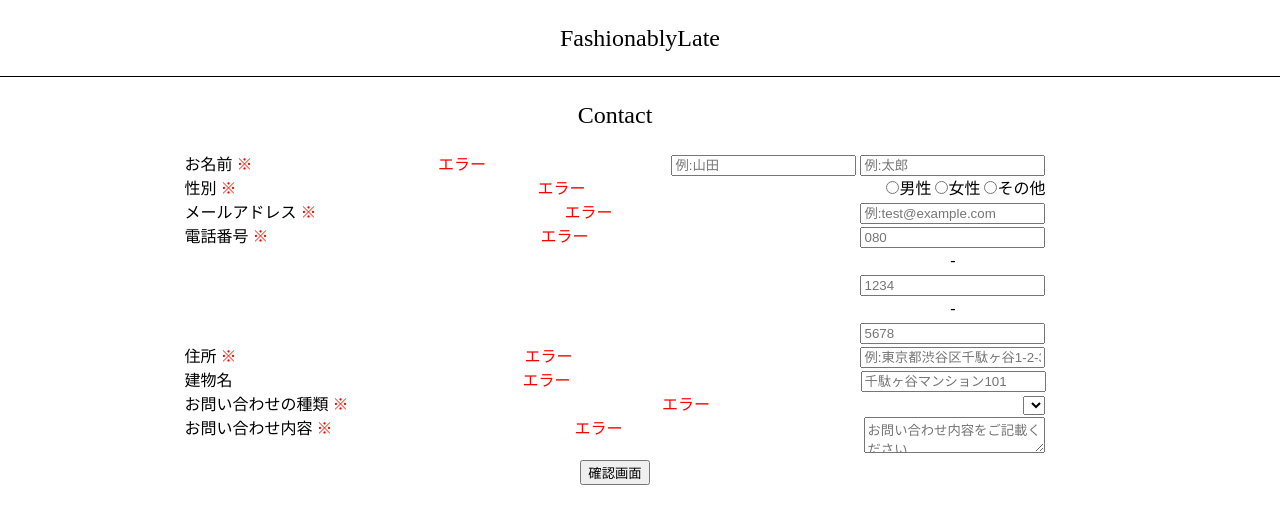
Repository: mayu-ya/test_form
Page: http://localhost/
An editor plug-in stored every save of this project. The page is shown before and after the next save, followed by the edit.
The browser window is 1280 px wide. The pictures show the whole page.
The page is served by the project's Laravel application, run on PHP 8.4 with Laravel 8. Other server files are loaded and not shown.

Above is the page before, as saved 2026-01-17 10:07:32.

### src/routes/web.php
<?php

use Illuminate\Support\Facades\Route;
use App\Http\Controllers\ContactController;

/*
|--------------------------------------------------------------------------
| Web Routes
|--------------------------------------------------------------------------
|
| Here is where you can register web routes for your application. These
| routes are loaded by the RouteServiceProvider within a group which
| contains the "web" middleware group. Now create something great!
|
*/

Route::get('/', [ContactController::class, 'index']);

### src/app/Http/Controllers/ContactController.php
<?php

namespace App\Http\Controllers;

use Illuminate\Http\Request;

class ContactController extends Controller
{
    public function index()
    {
        return view('index');
    }
}

### src/resources/views/index.blade.php
@extends('layouts.app')

@section('css')
<link rel="stylesheet" href="{{ asset('css/index.css') }}">
@endsection

@section('content')
<div class="content">
    <div class="title">
        <h2 class="title-h">Contact</h2>
    </div>

    <form class="form">
        <div class="form__group">
            <div class="form__group-item">
                <span class="form__item">お名前</span>
                <span class="form__required">※</span>
            </div>
            <div class="form__error">
                エラー
            </div>
            <div class="form__input">
                <input type="text" class="form__input-text" name="name" placeholder="例:山田">
                <input type="text" class="form__input-text" name="name" placeholder="例:太郎">
            </div>
        </div>

        <div class="form__group">
            <div class="form__group-item">
                <span class="form__item">性別</span>
                <span class="form__required">※</span>
            </div>
            <div class="form__error">
                エラー
            </div>
            <div class="form__input">
                <input type="radio" class="form__input-text" name="gender">男性
                <input type="radio" class="form__input-text" name="gender">女性
                <input type="radio" class="form__input-text" name="gender">その他
            </div>
        </div>

        <div class="form__group">
            <div class="form__group-item">
                <span class="form__item">メールアドレス</span>
                <span class="form__required">※</span>
            </div>
            <div class="form__error">
                エラー
            </div>
            <div class="form__input">
                <input type="emai" class="form__input-text" name="emai" placeholder="例:test@example.com">
            </div>
        </div>

        <div class="form__group">
            <div class="form__group-item">
                <span class="form__item">電話番号</span>
                <span class="form__required">※</span>
            </div>
            <div class="form__error">
                エラー
            </div>
            <div class="form__input">
                <input type="tel" class="form__input-text" name="tel" placeholder="080">
                <div class="form__input-tel">-</div>
                <input type="tel" class="form__input-text" name="tel" placeholder="1234">
                <div class="form__input-tel">-</div>
                <input type="tel" class="form__input-text" name="tel" placeholder="5678">
            </div>
        </div>

        <div class="form__group">
            <div class="form__group-ite">
                <span class="form__item">住所</span>
                <span class="form__required">※</span>
            </div>
            <div class="form__error">
                エラー
            </div>
            <div class="form__input">
                <input type="text" class="form__input-text" name="address" placeholder="例:東京都渋谷区千駄ヶ谷1-2-3">
            </div>
        </div>

        <div class="form__group">
            <div class="form__group-item">
                <span class="form__item">建物名</span>
            </div>
            <div class="form__error">
                エラー
            </div>
            <div class="form__input">
                <input type="text" class="form__input-text" name="building" placeholder="千駄ヶ谷マンション101">
            </div>
        </div>

        <div class="form__group">
            <div class="form__group-item">
                <span class="form__item">お問い合わせの種類</span>
                <span class="form__required">※</span>
            </div>
            <div class="form__error">
                エラー
            </div>
            <div class="form__select">
                <select name="content" class="form__select-item" placeholder="選択してください">
                    <option value=""></option>
                </select>
            </div>
        </div>

        <div class="form__group">
            <div class="form__group-item">
                <span class="form__item">お問い合わせ内容</span>
                <span class="form__required">※</span>
            </div>
            <div class="form__error">
                エラー
            </div>
            <div class="form__input">
                <textarea name="detail" class="form__input-textarea" placeholder="お問い合わせ内容をご記載ください"></textarea>
            </div>
        </div>

        <div class="form__group-button">
            <button class="form__group-button-submit" type="submit">確認画面</button>
        </div>
    </form>
</div>
@endsection

### src/resources/views/layouts/app.blade.php
<!DOCTYPE html>
<html lang="ja">
<head>
    <meta charset="UTF-8">
    <meta name="viewport" content="width=device-width, initial-scale=1.0">
    <title>FashionablyLate</title>
    <link rel="stylesheet" href="{{ asset('css/common.css') }}">
    <link rel="stylesheet" href="{{ asset('css/sanitize.css') }}">
    @yield('css')
</head>
<body>
    <header class="header">
        <div class="header-title">
            <div class="header-title__item">FashionablyLate</div>
        </div>
        @yield('header')
    </header>

    <main>
        @yield('content')
    </main>
</body>
</html>

### src/public/css/common.css
.header{
    border-bottom: 1px solid #000;
}

.header-title {
    margin: 0 auto;
    padding: 20px 15px;
    max-width: 1230px;
}

.header-title__item {
    font-size: 24px;
    text-align: center;
}

### src/public/css/sanitize.css
/* Document
* ========================================================================== */

/**
* Add border box sizing in all browsers (opinionated).
*/

*,
::before,
::after {
  box-sizing: border-box;
}

/**
* 1. Add text decoration inheritance in all browsers (opinionated).
* 2. Add vertical alignment inheritance in all browsers (opinionated).
*/

::before,
::after {
  vertical-align: inherit;
  /* 2 */
  text-decoration: inherit;
  /* 1 */
}

/**
* 1. Use the default cursor in all browsers (opinionated).
* 2. Change the line height in all browsers (opinionated).
* 3. Use a 4-space tab width in all browsers (opinionated).
* 4. Remove the grey highlight on links in iOS (opinionated).
* 5. Prevent adjustments of font size after orientation changes in
*    IE on Windows Phone and in iOS.
* 6. Breaks words to prevent overflow in all browsers (opinionated).
*/

html {
  word-break: break-word;
  /* 6 */
  -moz-tab-size: 4;
  /* 3 */
  tab-size: 4;
  /* 3 */
  line-height: 1.5;
  /* 2 */
  cursor: default;
  /* 1 */

  -webkit-tap-highlight-color: transparent
    /* 4 */
  ;
  -ms-text-size-adjust: 100%;
  /* 5 */
  -webkit-text-size-adjust: 100%;
  /* 5 */
}

/* Sections
* ========================================================================== */

/**
* Remove the margin in all browsers (opinionated).
*/

body {
  margin: 0;
}

/**
* Correct the font size and margin on `h1` elements within `section` and
* `article` contexts in Chrome, Edge, Firefox, and Safari.
*/

h1 {
  margin: 0.67em 0;
  font-size: 2em;
}

/* Grouping content
* ========================================================================== */

/**
* Remove the margin on nested lists in Chrome, Edge, IE, and Safari.
*/

dl dl,
dl ol,
dl ul,
ol dl,
ul dl {
  margin: 0;
}

/**
* Remove the margin on nested lists in Edge 18- and IE.
*/

ol ol,
ol ul,
ul ol,
ul ul {
  margin: 0;
}

/**
* 1. Add the correct sizing in Firefox.
* 2. Show the overflow in Edge 18- and IE.
*/

hr {
  overflow: visible;
  /* 2 */
  height: 0;
  /* 1 */
}

/**
* Add the correct display in IE.
*/

main {
  display: block;
}

/**
* Remove the list style on navigation lists in all browsers (opinionated).
*/

nav ol,
nav ul {
  padding: 0;
  list-style: none;
}

/**
* 1. Correct the inheritance and scaling of font size in all browsers.
* 2. Correct the odd `em` font sizing in all browsers.
*/

pre {
  font-size: 1em;
  /* 2 */
  font-family: monospace, monospace;
  /* 1 */
}

/* Text-level semantics
* ========================================================================== */

/**
* Remove the gray background on active links in IE 10.
*/

a {
  background-color: transparent;
}

/**
* Add the correct text decoration in Edge 18-, IE, and Safari.
*/

abbr[title] {
  text-decoration: underline;
  text-decoration: underline dotted;
}

/**
* Add the correct font weight in Chrome, Edge, and Safari.
*/

b,
strong {
  font-weight: bolder;
}

/**
* 1. Correct the inheritance and scaling of font size in all browsers.
* 2. Correct the odd `em` font sizing in all browsers.
*/

code,
kbd,
samp {
  font-size: 1em;
  /* 2 */
  font-family: monospace, monospace;
  /* 1 */
}

/**
* Add the correct font size in all browsers.
*/

small {
  font-size: 80%;
}

/* Embedded content
* ========================================================================== */

/*
* Change the alignment on media elements in all browsers (opinionated).
*/

audio,
canvas,
iframe,
img,
svg,
video {
  vertical-align: middle;
}

/**
* Add the correct display in IE 9-.
*/

audio,
video {
  display: inline-block;
}

/**
* Add the correct display in iOS 4-7.
*/

audio:not([controls]) {
  display: none;
  height: 0;
}

/**
* Remove the border on iframes in all browsers (opinionated).
*/

iframe {
  border-style: none;
}

/**
* Remove the border on images within links in IE 10-.
*/

img {
  border-style: none;
}

/**
* Change the fill color to match the text color in all browsers (opinionated).
*/

svg:not([fill]) {
  fill: currentColor;
}

/**
* Hide the overflow in IE.
*/

svg:not(:root) {
  overflow: hidden;
}

/* Tabular data
* ========================================================================== */

/**
* Collapse border spacing in all browsers (opinionated).
*/

table {
  border-collapse: collapse;
}

/* Forms
* ========================================================================== */

/**
* Remove the margin on controls in Safari.
*/

button,
input,
select {
  margin: 0;
}

/**
* 1. Show the overflow in IE.
* 2. Remove the inheritance of text transform in Edge 18-, Firefox, and IE.
*/

button {
  overflow: visible;
  /* 1 */
  text-transform: none;
  /* 2 */
}

/**
* Correct the inability to style buttons in iOS and Safari.
*/

button,
[type="button"],
[type="reset"],
[type="submit"] {
  -webkit-appearance: button;
}

/**
* 1. Change the inconsistent appearance in all browsers (opinionated).
* 2. Correct the padding in Firefox.
*/

fieldset {
  padding: 0.35em 0.75em 0.625em;
  /* 2 */
  border: 1px solid #a0a0a0;
  /* 1 */
}

/**
* Show the overflow in Edge 18- and IE.
*/

input {
  overflow: visible;
}

/**
* 1. Correct the text wrapping in Edge 18- and IE.
* 2. Correct the color inheritance from `fieldset` elements in IE.
*/

legend {
  display: table;
  /* 1 */
  max-width: 100%;
  /* 1 */
  color: inherit;
  /* 2 */
  white-space: normal;
  /* 1 */
}

/**
* 1. Add the correct display in Edge 18- and IE.
* 2. Add the correct vertical alignment in Chrome, Edge, and Firefox.
*/

progress {
  display: inline-block;
  /* 1 */
  vertical-align: baseline;
  /* 2 */
}

/**
* Remove the inheritance of text transform in Firefox.
*/

select {
  text-transform: none;
}

/**
* 1. Remove the margin in Firefox and Safari.
* 2. Remove the default vertical scrollbar in IE.
* 3. Change the resize direction in all browsers (opinionated).
*/

textarea {
  overflow: auto;
  /* 2 */
  margin: 0;
  /* 1 */
  resize: vertical;
  /* 3 */
}

/**
* Remove the padding in IE 10-.
*/

[type="checkbox"],
[type="radio"] {
  padding: 0;
}

/**
* 1. Correct the odd appearance in Chrome, Edge, and Safari.
* 2. Correct the outline style in Safari.
*/

[type="search"] {
  outline-offset: -2px;
  /* 2 */

  -webkit-appearance: textfield;
  /* 1 */
}

/**
* Correct the cursor style of increment and decrement buttons in Safari.
*/

::-webkit-inner-spin-button,
::-webkit-outer-spin-button {
  height: auto;
}

/**
* Correct the text style of placeholders in Chrome, Edge, and Safari.
*/

::-webkit-input-placeholder {
  color: inherit;
  opacity: 0.54;
}

/**
* Remove the inner padding in Chrome, Edge, and Safari on macOS.
*/

::-webkit-search-decoration {
  -webkit-appearance: none;
}

/**
* 1. Correct the inability to style upload buttons in iOS and Safari.
* 2. Change font properties to `inherit` in Safari.
*/

::-webkit-file-upload-button {
  font: inherit;
  /* 2 */

  -webkit-appearance: button;
  /* 1 */
}

/**
* Remove the inner border and padding of focus outlines in Firefox.
*/

::-moz-focus-inner {
  padding: 0;
  border-style: none;
}

/**
* Restore the focus outline styles unset by the previous rule in Firefox.
*/

:-moz-focusring {
  outline: 1px dotted ButtonText;
}

/**
* Remove the additional :invalid styles in Firefox.
*/

:-moz-ui-invalid {
  box-shadow: none;
}

/* Interactive
* ========================================================================== */

/*
* Add the correct display in Edge 18- and IE.
*/

details {
  display: block;
}

/*
* Add the correct styles in Edge 18-, IE, and Safari.
*/

dialog {
  position: absolute;
  right: 0;
  left: 0;
  display: block;
  margin: auto;
  padding: 1em;
  width: -moz-fit-content;
  width: -webkit-fit-content;
  width: fit-content;
  height: -moz-fit-content;
  height: -webkit-fit-content;
  height: fit-content;
  border: solid;
  background-color: white;
  color: black;
}

dialog:not([open]) {
  display: none;
}

/*
* Add the correct display in all browsers.
*/

summary {
  display: list-item;
}

/* Scripting
* ========================================================================== */

/**
* Add the correct display in IE 9-.
*/

canvas {
  display: inline-block;
}

/**
* Add the correct display in IE.
*/

template {
  display: none;
}

/* User interaction
* ========================================================================== */

/*
* 1. Remove the tapping delay in IE 10.
* 2. Remove the tapping delay on clickable elements
in all browsers (opinionated).
*/

a,
area,
button,
input,
label,
select,
summary,
textarea,
[tabindex] {
  -ms-touch-action: manipulation;
  /* 1 */
  touch-action: manipulation;
  /* 2 */
}

/**
* Add the correct display in IE 10-.
*/

[hidden] {
  display: none;
}

/* Accessibility
* ========================================================================== */

/**
* Change the cursor on busy elements in all browsers (opinionated).
*/

[aria-busy="true"] {
  cursor: progress;
}

/*
* Change the cursor on control elements in all browsers (opinionated).
*/

[aria-controls] {
  cursor: pointer;
}

/*
* Change the cursor on disabled, not-editable, or otherwise
* inoperable elements in all browsers (opinionated).
*/

[aria-disabled="true"],
[disabled] {
  cursor: not-allowed;
}

/*
* Change the display on visually hidden accessible elements
* in all browsers (opinionated).
*/

[aria-hidden="false"][hidden] {
  display: initial;
}

[aria-hidden="false"][hidden]:not(:focus) {
  position: absolute;
  clip: rect(0, 0, 0, 0);
}

### src/public/css/index.css
.content {
    max-width: 1230px;
}

.title {
    margin: 0 auto;
}

.title-h {
    text-align: center;
    font-weight: lighter;
}

.form {
    width: 70%;
    margin: 0 auto;
    text-align: center;
}

.form__group {
    display: flex;
    width: 100%;
    justify-content: space-between;
}

.form__required {
    color: red;
}

.form__error {
    color: red;
    text-align: left;
}

Loaded but not shown: src/app/Http/Controllers/Controller.php (common file)

After the next save:
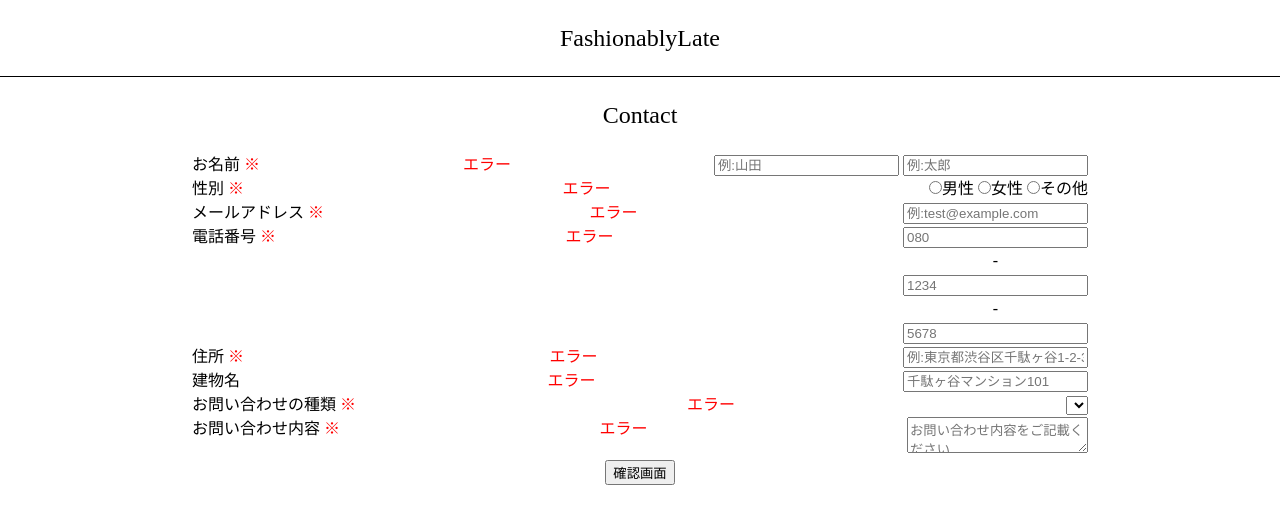
Saved 2 min 24 s later.
--- a/src/public/css/index.css
+++ b/src/public/css/index.css
@@ -1,5 +1,5 @@
 .content {
-    max-width: 1230px;
+    max-width: 1536px;
 }
 
 .title {
